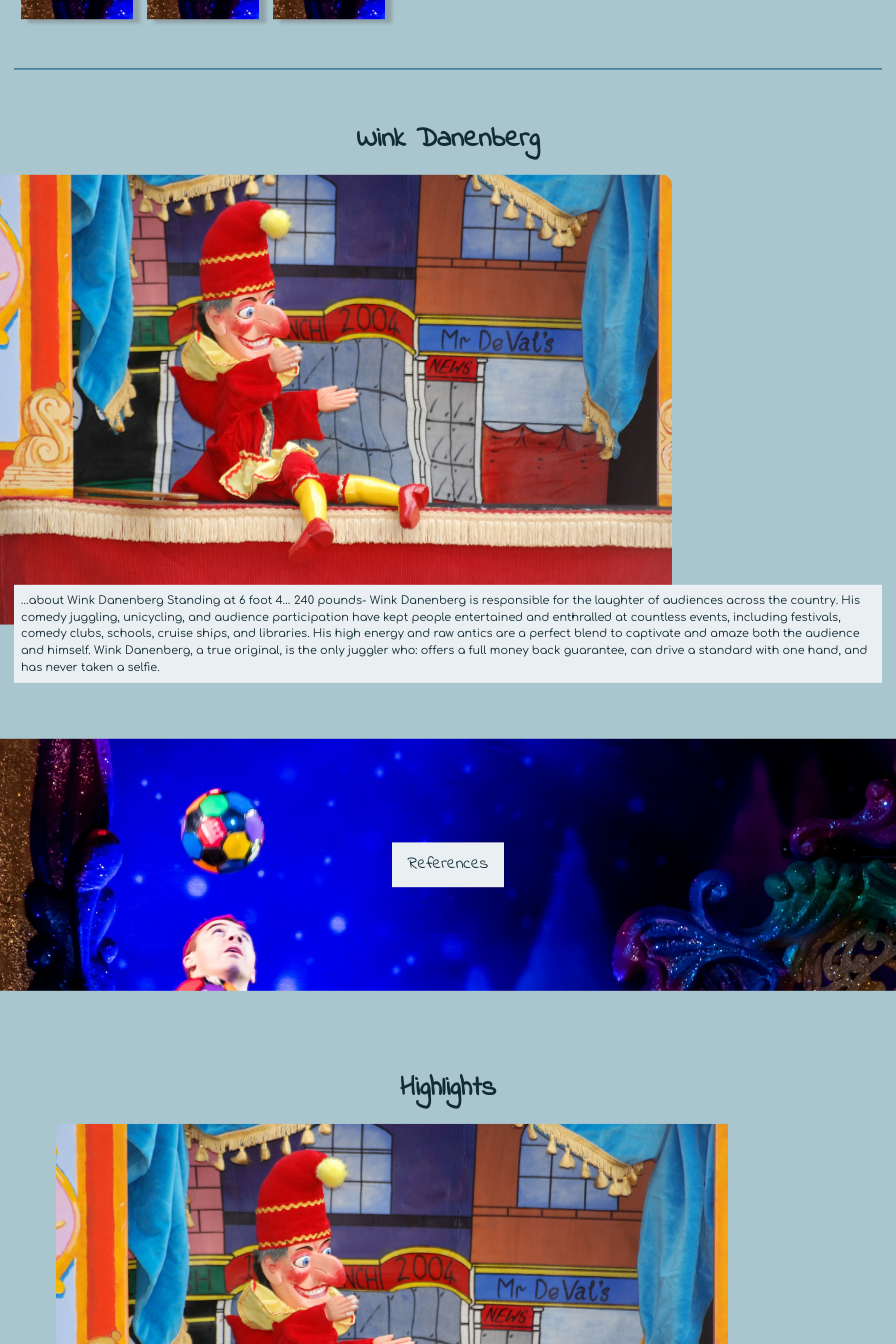
Repository: Sbethm/wink
Page: index.html
The author's editor kept a copy of each file at every save. The page is drawn from the files as they stood at one save, then again after a run of saves.
The browser window is 1280 px wide. The pictures show the part of the page from y = 1158 to 3078 px (the page is 5480 px tall), at 70% of full size.
The style sheet was rebuilt from its Sass, Less or Tailwind sources for each picture, by a compiler version that may differ from the author's.

Above is the page before, as saved 2021-08-31 13:16:57.

### index.html
<!DOCTYPE html>
<html lang="en">
<head>
    <meta charset="UTF-8">
    <meta http-equiv="X-UA-Compatible" content="IE=edge">
    <meta name="viewport" content="width=device-width, initial-scale=1.0">
    <link rel="preconnect" href="https://fonts.googleapis.com">
    <link rel="preconnect" href="https://fonts.gstatic.com" crossorigin>
    <link href="https://fonts.googleapis.com/css2?family=Acme&family=Comfortaa:wght@400;500;600;700&family=Indie+Flower&display=swap" rel="stylesheet">
    <!--
        font-family: 'Acme', sans-serif;
        font-family: 'Comfortaa', cursive;
        font-family: 'Indie Flower', cursive;
    -->

    <link rel="stylesheet" href="./CSS/main.css">
    <title>Document</title>
</head>
<body>
    <header id="headerBg">
        <h1 id="logo">Wink</h1>
        <div class="menu--btn">
            <ul class="menu">
                <li class="menu--item">Shows</li>
                <li class="menu--item">Wink</li>
                <li class="menu--item">Calender</li>
                <li class="menu--item">Contact</li>
            </ul>
        </div>
    </header>
    <main>
        <section class="main--slideshow">
            <!--images are set on automatic slide-->
                <img src="./img/img1.jpg" alt="" id="slide--img">
                <img src="./img/img2.jpg" alt="" id="slide--img">
                <img src="./img/img3.jpg" alt="" id="slide--img">
            <div class="slideshow--quote">Comedy for the Whole Family!</div>
        </section>
        <!--EVENTS-
            Description of Wink's shows. What does he do? Who are the shows geared towards? etc.-->
        <section class="event">
            <div class="container container--event">
                <h2 class="heading--center">Events</h2>
                <p class="info--short center">Do you want a man who can tickle your funny bone? Look no further than Wink!</p>
                <div class="event--slideshow">
                    <!--each div is set on a swipe slide-->
                    <a href=""><div class="event--retreats event--slide">
                        <p class="event--type">Retreats</p>
                    </div></a>
                    <a href=""><div class="event--schools event--slide">
                        <p class="event--type">Schools</p>
                    </div></a>
                    <a href=""><div class="event--events event--slide">
                        <p class="event--type">Events</p>
                    </div></a>
                </div>
            </div>
        </section>
         <!--WINK-
            Who is Wink? A little about Wink and his past experience as a showman -->
        <section class="wink">
            <div class="container container--wink">
                <h2 class="heading--center">Wink Danenberg</h2>
                <div class="img--container">
                    <img src="./img/img2.jpg" alt="" class="img--set--left js--scroll">
                </div>
                <p class="text--full--center">
                    …about Wink Danenberg
                    Standing at 6 foot 4… 240 pounds- Wink Danenberg is responsible for the laughter of audiences  across the country. His comedy juggling, unicycling, and audience participation have kept people  entertained and enthralled at countless events, including festivals, comedy clubs, schools, cruise
                    ships, and libraries. His high energy and raw antics are a perfect blend to captivate and amaze  both the audience and himself. Wink Danenberg, a true original, is the only juggler who: offers a  full money back guarantee, can drive a standard with one hand, and has never taken a selfie.
                </p>
            </div>
        </section>
         <!--REFERENCES-
            A section with a link to references for Wink's shows-->
        <section class="references cover">
            <button class="reference--btn">References</button>
        </section>
         <!--EXPERIENCE HIGHLIGHTS-
            A section that shows some of the highlights of his experience-->
        <section class="experience">
            <div class="container container--experience">
                <h2 class="heading--center">Highlights</h2>
                <div class="experience--block">
                    <div class="img--container">
                        <img src="./img/img2.jpg" alt="" class="img--set--right">
                    </div>
                    <p class="text--small--center">As Seen on Letter Man!</p>
                </div>
                <div class="experience--block">
                    <div class="img--container">
                        <img src="./img/img2.jpg" alt="" class="img--set--left js--scroll">
                    </div>
                    <p class="text--small--center">As Seen on Letter Man!</p>
                </div>
                <div class="experience--block">
                    <div class="img--container">
                        <img src="./img/img2.jpg" alt="" class="img--set--right">
                    </div>
                    <p class="text--small--center">As Seen on Letter Man!</p>
                </div>
            </div>
        </section>
         <!--CONTACT-
            email and (maybe) phone information about how to contact Wink-->
        <section class="contact cover">
            <button class="contact--btn">Contact</button>
        </section>
    </main>
    <footer></footer>
    <script src="./JS/main.js"></script>
</body>
</html>

### JS/main.js
//
const slides = document.querySelectorAll('#slide--img');
const headerBg = document.getElementById('headerBg');
const logo = document.getElementById('logo');

//CHANGING HEADER ON SCROLL
window.onscroll = function() {
    if (window.scrollY > 130) {
        headerBg.style.background = 'none';
        headerBg.style.borderBottom = 'solid 1px aliceblue';
        logo.style.color = 'aliceblue';
    } else {
        headerBg.style.background = 'aliceblue';
        headerBg.style.borderBottom = 'solid 1px rgb(13, 81, 139)';
        logo.style.color = 'rgb(13, 81, 139)';
    }
  }

//INDEX MAIN SLIDESHOW
setInterval(nextImg, 4000);

let currentImg = 0;
slides[currentImg].style.opacity = 1;

function nextImg() {
    slides[currentImg].style.opacity = 0;
    currentImg = (currentImg + 1) % slides.length;
    slides[currentImg].style.opacity = 1;
}

### SCSS/main.scss
@import "./resets", "./variables";


//GENERAL STYLING
body{
    width: 100vw;
    background-color: $bgColor1;
    overflow-x: hidden;
}

section {
    width: 100vw;
    height: fit-content;
    background-color: $bgColor1;
    color: $accentColor1;
    font-family: $mainFont;
    font-size: 1rem;
}

.container {
    margin: 60px 20px;
    padding: 60px 0;
    width: calc(100vw - 40px);
    background-color: $bgColor1;
    border-bottom: solid 2px $accentColor2;
}

.heading--center {
    padding-bottom: 30px;
    width: 100%;
    font-family: $accentFont;
    font-size: 2.5rem;
    text-align: center;
}

a {
    text-decoration: none;
}

p {
    font-family: $mainFont;
    font-size: 1rem;
    line-height: 1.5rem;
}

.center {
    padding-bottom: 30px;
    width: 100%;
    text-align: center;
}

.img--set--left {
    width: 75vw;
    position: relative;
    left: -20px;
    z-index: 1;
    border-radius: 0 15px 15px 0;
}

.img--set--right {
    width: 75vw;
    position: relative;
    right: -60px;
    z-index: 1;
    border-radius: 15px 0 0 15px;
}

//HEADER AND MAIN SLIDESHOW
header {
    position: fixed;
    top: 0;
    height: 4rem;
    width: 100vw;
    padding: 1rem;
    z-index: 9;
    overflow: hidden;
    background: aliceblue;
    border-bottom: solid 1px rgb(13, 81, 139);
    transition: all 0.50s ease-in;
    box-sizing: border-box;

    & h1 {
        font-family: $accentFont;
        font-size: 2rem;
        color: rgb(13, 81, 139);
        transition: all 0.50s ease-in;
    }
}

.menu--item{
    display: none;
}

.main--slideshow {
    height: 100vh;
    width: 100vw;
    background-color: #000;
}

#slide--img {
    position: absolute;
    top: 0;
    left: 0;
    width: 100%;
    height: 100%;
    object-fit: cover;
    overflow: hidden;
    opacity: 0;
    transition: all 0.75s ease-in;
    z-index: 0;
}

.slideshow--quote {
    position: absolute;
    top: calc(100vh - 75vh);
    width: 100vw;
    font-size: 5rem;
    font-family: $headerFont;
    font-weight: 800;
    color: aliceblue;
    text-align: center;
}

//EVENTS
.event{
    padding-top: 20px;
}

.event--slideshow {
    display: flex;
    flex-direction: row;
    overflow: scroll;

    & .event--slide {
        margin: 10px;
        width: 10rem;
        height: 12rem;
        display: grid;
        background-image: url(../img/img1.jpg);
        box-shadow: 10px 5px 5px rgba(100, 100, 100, 0.377);
        grid-template-columns: 100%;
        justify-items: center;
        align-items: center;

        & .event--type {
            padding: 5px;
            width: 75%;
            background-color: $bgColor2;
            font-family: $accentFont;
            color: $accentColor1;
            text-align: center;
        }
    }
}

//ABOUT WINK
.container--wink {
    margin: 0 20px;
    padding: 20px 0;
    border: hidden;
}

.text--full--center {
    position: relative;
    padding: 10px;
    top: -60px;
    z-index: 2;
    background-color: $bgColor2;
}

//REFERENCES and CONTACT
.cover {
    width: 100vw;
    height: 50vh;
    display: flex;
    justify-content: center;
    align-items: center;
    background-image: url(../img/img1.jpg);

    & button {
        width: 10rem;
        height: 4rem;
        font-family: $accentFont;
        font-size: 1.5rem;
        color: $accentColor1;
        background-color: $bgColor2;
        border: hidden;
    }
}

//EXPERIENCE HIGHLIGHTS
.container--experience{
    border-bottom: hidden;
}

.text--small--center{
    width: 75%;
    height: 5rem;
    margin: 0 10%;
    padding: 10px;
    position: relative;
    top: -60px;
    z-index: 2;
    background-color: $bgColor2;
    text-align: center;
    line-height: 5rem;
}

//CONTACT *see references

### SCSS/_variables.scss
//FONTS
$headerFont: 'Acme', sans-serif;
$accentFont: 'Indie Flower', cursive;
$mainFont: 'Comfortaa', cursive;

//COLORS
// $bgColor1: rgb(207, 184, 169);
// $bgColor2: rgb(241, 237, 234);
// $accentColor1: rgb(53, 33, 19);
// $accentColor2: rgb(83, 50, 27);
$bgColor1: rgb(169, 198, 207);
$bgColor2: rgb(234, 240, 241);
$accentColor1: rgb(19, 43, 53);
$accentColor2: rgb(51, 114, 141);

Loaded but not shown: SCSS/_resets.scss (common file)

After the next 5 saves:
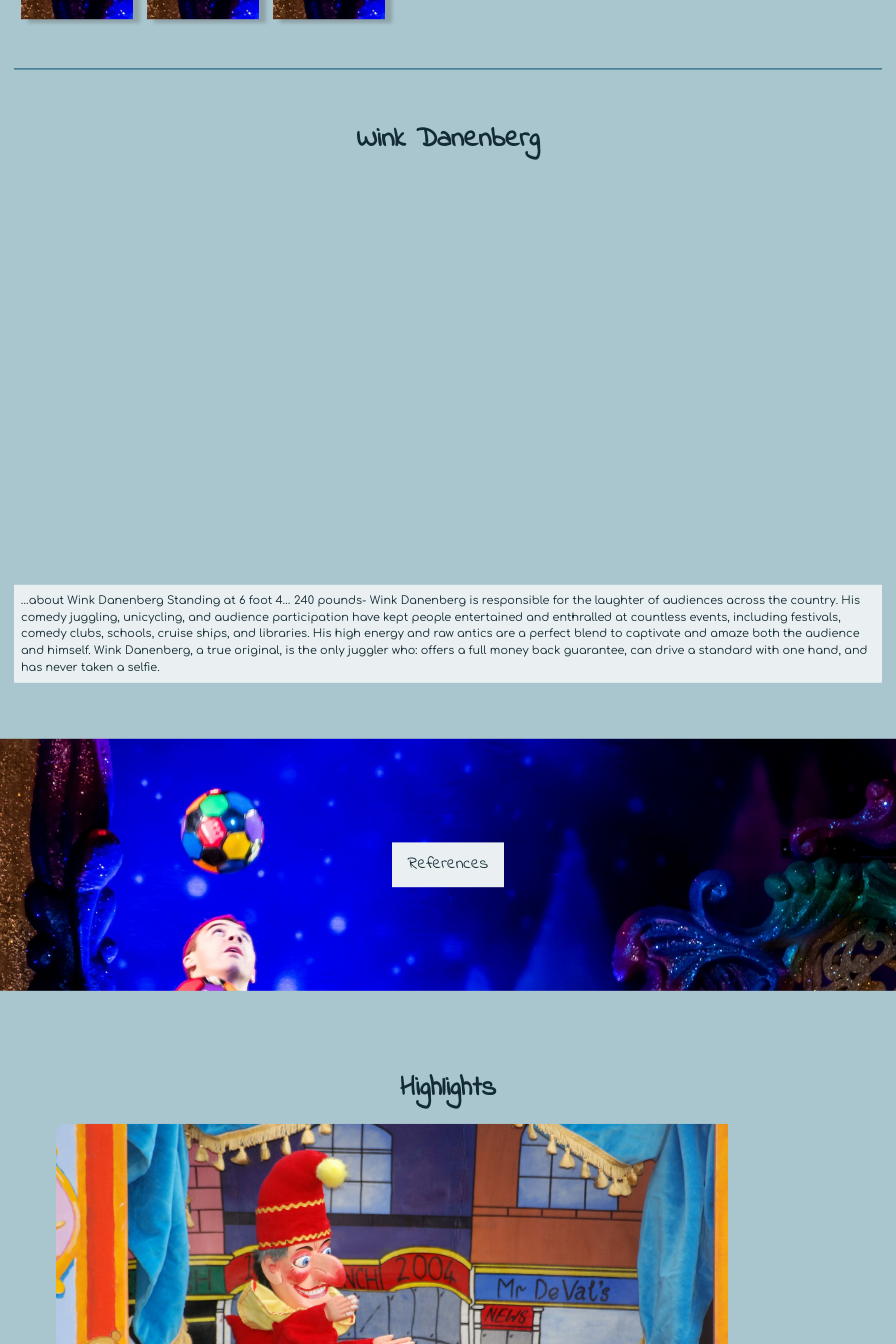
The 5 saves are shown as one change because they came seconds apart.
The last was saved 47 s later.
--- a/SCSS/main.scss
+++ b/SCSS/main.scss
@@ -55,6 +55,10 @@ p {
     left: -20px;
     z-index: 1;
     border-radius: 0 15px 15px 0;
+}
+
+.js--scroll {
+    opacity: 0;
 }
 
 .img--set--right {
